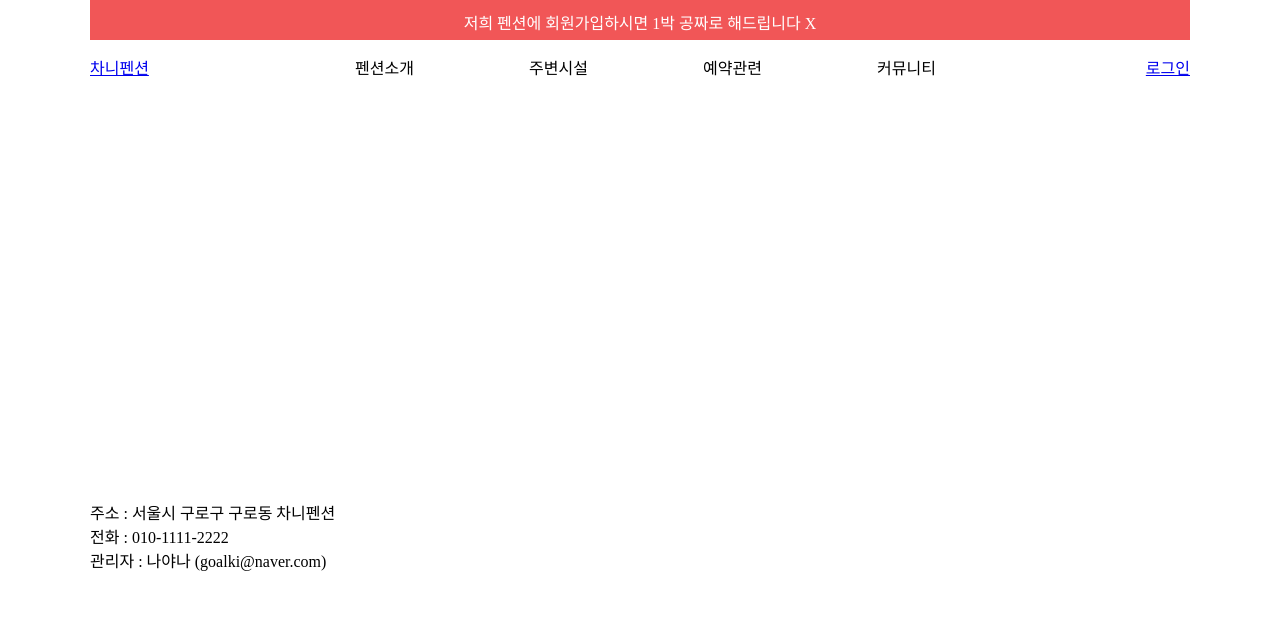
Repository: goalki/pension
Page: http://localhost/pension/login/userid_search_ok.jsp
These files come from the project's save history. The page is drawn as it stood at one moment and after the next save; the edit follows.
The browser window is 1280 px wide. The pictures show the whole page.
The page is served by Tomcat 9. Other server files are loaded and not shown. Queries for data that is not in the repository find no rows.

Above is the page before, as saved 2021-01-18 06:16:42.

### pension/WebContent/login/userid_search_ok.jsp
<%@ page language="java" contentType="text/html; charset=UTF-8"
    pageEncoding="UTF-8"%>
<%@ include file="../top.jsp" %>
<%@page import="pension.dao.Dao" %>
<%@ taglib prefix="c" uri="http://java.sun.com/jsp/jstl/core" %>
<%
    // 입력값을 가져오기
    request.setCharacterEncoding("utf-8");
    String name=request.getParameter("name");
    String phone=request.getParameter("phone");
    Dao dao=new Dao();
    String userid=dao.userid_search(name, phone);
    pageContext.setAttribute("userid", userid);
    pageContext.setAttribute("name",name);
%>
 <style>
  #section {
    width:1100px;
    height:400px;
    margin:auto;
    text-align:center;
  }
  #section #userid {
    width:600px;
    margin:auto;
    margin-top:30px;
  }
  #section input[type=button] {
    width:150px;
    height:34px;
    background:#f15657;
    color:white;
    font-weight:900;
    border:none;
    margin-top:30px;
  }
   </style>

 <div id="section">
  <c:if test="${userid != 0}">
   <div id="userid"> ${name}님의 아이디 : ${userid} 입니다.</div>
   <div id="button">
     <input type="button" onclick="location='login.jsp'" value="로그인">
     <input type="button" onclick="location='pwd_search.jsp'" value="비밀번호찾기">
   </div>
  </c:if>
  <c:if test="${userid == 0}">

  </c:if>
 </div>

<%@ include file="../bottom.jsp" %>

### pension/WebContent/top.jsp
<%@ page language="java" contentType="text/html; charset=UTF-8"
    pageEncoding="UTF-8"%>
<%@ taglib prefix="c" uri="http://java.sun.com/jsp/jstl/core" %>

<!DOCTYPE html>
<html>       <!-- index.jsp -->
<head>
<meta charset="UTF-8">
<title>Insert title here</title>
  <style>
    body {
      margin:0px;
    }
    #first {  /* 광고관련 1층 */
      width:1100px;
      height:30px;
      margin:auto;
      background:#f15657;
      text-align:center;
      padding-top:10px;
      color:white;
    }
    #second {  /* 로고, 메뉴 2층 */
      width:1100px;
      height:60px;
      margin:auto;
    }
    #second #left {
      padding-top:15px;
      width:100px;
      float:left;
    }
    #second #right {
      padding-top:15px;
      width:1000px;
      float:right;
      text-align:right;
    }
    #second #right #menu {
      display:inline-block;
      width:170px;
      height:30px; /* 주메뉴의 높이를 줘야 됩니다 */
      position:relative;
    }
    #second #right #menu:last-child {
      width:250px;
    }
    #second #right #menu .sub {
      position:absolute;
      width:120px;
      left:88px;
      top:10px;
      background:white;
      padding-left:0px;
      visibility:hidden;
      padding-top:10px;

    }
    #second #right #menu .sub li {
      list-style-type:none;
      text-align:center; /* 서브메뉴의 글자 중앙 */
    }


  </style>
    <script src="http://code.jquery.com/jquery-latest.js"></script>
  <script>
    function view_sub(n)
    {
    	document.getElementsByClassName("sub")[n].style.visibility="visible";
    }
    function hide_sub(n)
    {
    	document.getElementsByClassName("sub")[n].style.visibility="hidden";
    }

    $(function()
    {
    	$("#ff").click(function()
    	{
    		$("#first").slideUp();

    	});
    });
  </script>
</head>
<body>
  <div id="first">
     저희 펜션에 회원가입하시면  1박 공짜로 해드립니다
   <span id="ff"  style="cursor:pointer"> X </span>
  </div>
  <div id="second">
     <div id="left"> <a href="../main/index.jsp"> 차니펜션 </a></div>
     <div id="right">
        <span id="menu" onmouseenter="view_sub(0)" onmouseleave="hide_sub(0)"> 펜션소개
        <!-- 부메뉴 -->
           <ul class="sub">
            <li> <a href="../sogae/sogae.jsp"> 우리펜션 </a> </li>
            <li> 오시는길 </li>
           </ul>
        </span>
        <span id="menu" onmouseenter="view_sub(1)" onmouseleave="hide_sub(1)"> 주변시설
        <!-- 부메뉴 -->
           <ul class="sub">
            <li> 만리포 </li>
            <li> 연포</li>
            <li> 채석정 </li>
           </ul>
        </span>
        <span id="menu" onmouseenter="view_sub(2)" onmouseleave="hide_sub(2)"> 예약관련
         <!-- 부메뉴 -->
           <ul class="sub">
            <li>  예약 규정 </a> </li>
            <li> <a href="../reserve/reserve.jsp"> 실시간 예약 </a> </li>
           </ul>
        </span>
        <span id="menu" onmouseenter="view_sub(3)" onmouseleave="hide_sub(3)"> 커뮤니티
        <!-- 부메뉴 -->
           <ul class="sub">
            <li> 여행 후기 </li>
            <li> 자유게시판 </li>
           </ul>
        </span>
        <span id="menu">
          <c:if test="${userid == null}">
           <a href="../login/login.jsp"> 로그인 </a>
          </c:if>
          <c:if test="${userid != null}">
            ${name}님!! <a href="../mypage/mypage.jsp"> 내정보 </a>  <a href="../login/logout.jsp"> 로그아웃 </a>
          </c:if>
        </span>
    </div>
  </div>
  <!-- 여기까지 1층과 2층  top.jsp -->

### pension/WebContent/bottom.jsp
<%@ page language="java" contentType="text/html; charset=UTF-8"
    pageEncoding="UTF-8"%>
 <style>
 #fifth {     /* 펜션소개 5층 */
      width:1100px;
      height:100px;
      margin:auto;
    }
 </style>
<!-- 여기부터 5층 => bottom.jsp -->
  <div id="fifth">
    주소 : 서울시 구로구 구로동 차니펜션 <br>
    전화 : 010-1111-2222 <br>
    관리자 : 나야나  (goalki@naver.com) <br>
  </div>

</body>
</html>

### pension/src/pension/dao/Dao.java
package pension.dao;

import java.sql.*;
import java.time.LocalDate;
import java.util.ArrayList;

import pension.dto.MemberDto;
import pension.dto.ReserveDto;
import pension.dto.RoomDto;

public class Dao {

	String db="jdbc:mysql://localhost:3306/pension";
	String userid="root";
    String pw="1234";
    Connection conn;
	public Dao() throws ClassNotFoundException, SQLException
	{
		Class.forName("com.mysql.jdbc.Driver"); // 기능은 무조건 메소드내에서 실행
		conn=DriverManager.getConnection(db,userid,pw);
	}
	// room 테이블의 전체내용을 가져오기
    public ArrayList<RoomDto> get_room() throws SQLException
    {
    	String sql="select name,id from room order by price asc";
    	Statement stmt=conn.createStatement();
    	ResultSet rs=stmt.executeQuery(sql);
    	ArrayList<RoomDto> list=new ArrayList<RoomDto>();
    	while(rs.next())
    	{
    		RoomDto rdto=new RoomDto();
    		rdto.setId(rs.getInt("id"));
    		rdto.setName(rs.getString("name"));
    		list.add(rdto);
    	}
    	/*
    	String sql="select name from room order by price asc";
    	Statement stmt=conn.createStatement();
    	ResultSet rs=stmt.executeQuery(sql);
    	ArrayList<String> list=new ArrayList<String>();
    	while(rs.next())
    	{
    		list.add(rs.getString("name"));
    	}
    	*/
    	return list;
    }

    // 사용자가 선택한 방의 정보를 가져오기
    public RoomDto select_room(String id) throws SQLException
    {
    	String sql="select * from room where id="+id;
    	Statement stmt=conn.createStatement();
    	ResultSet rs=stmt.executeQuery(sql);
    	rs.next();
    	RoomDto rdto=new RoomDto();
    	rdto.setId(rs.getInt("id"));
    	rdto.setName(rs.getString("name"));
    	rdto.setMax(rs.getInt("max"));
    	rdto.setMin(rs.getInt("min"));
    	rdto.setPrice(rs.getInt("price"));

    	return rdto;
    }

    public void insert(ReserveDto rdto,String userid) throws SQLException // reserve테이블에 입력값을 넣기
    {
    	// 쿼리 생성
    	String outday="date_add('"+rdto.getInday()+"', interval "+rdto.getSuk()+" day)";
    	String sql="insert into reserve(rid,name,phone,inday,outday";
    	sql=sql+",inwon1,inwon2,inwon3,bbq,pork,suk_price,etc_price,tot_price,writeday,userid) ";
    	sql=sql+" values(?,?,?,?,"+outday+",?,?,?,?,?,?,?,?,now(),?)";

    	// date_add('2021-01-05',interval 숙박일 day);
    	PreparedStatement pstmt=conn.prepareStatement(sql);
    	pstmt.setInt(1, rdto.getRid());
    	pstmt.setString(2, rdto.getName());
    	pstmt.setString(3, rdto.getPhone());
    	pstmt.setString(4, rdto.getInday());
    	//pstmt.setString(5, outday);
    	pstmt.setInt(5, rdto.getInwon1());
    	pstmt.setInt(6, rdto.getInwon2());
    	pstmt.setInt(7, rdto.getInwon3());
    	pstmt.setInt(8, rdto.getBbq());
    	pstmt.setInt(9, rdto.getPork());
    	pstmt.setInt(10, rdto.getSuk_price());
    	pstmt.setInt(11, rdto.getEtc_price());
    	pstmt.setInt(12, rdto.getTot_price());
    	pstmt.setString(13, userid);
    	pstmt.executeUpdate();
    	//System.out.println(pstmt.toString());
    	conn.close();
    }

    public ReserveDto get_reserve(String userid) throws SQLException // 방금 예약한 정보를 가져오는 메소드(1개의 레코드)
    {
    	String sql="select * from reserve where userid='"+userid+"' order by id desc limit 1";
    	Statement stmt=conn.createStatement();
    	ResultSet rs=stmt.executeQuery(sql);
    	rs.next();
    	ReserveDto rdto=new ReserveDto();
    	rdto.setId(rs.getInt("id"));
    	rdto.setRid(rs.getInt("rid"));
    	rdto.setName(rs.getString("name"));
    	rdto.setPhone(rs.getString("phone"));
    	rdto.setInday(rs.getString("inday"));
    	rdto.setOutday(rs.getString("outday"));
    	rdto.setInwon1(rs.getInt("inwon1"));
    	rdto.setInwon2(rs.getInt("inwon2"));
    	rdto.setInwon3(rs.getInt("inwon3"));
    	rdto.setBbq(rs.getInt("bbq"));
    	rdto.setPork(rs.getInt("pork"));
    	rdto.setSuk_price(rs.getInt("suk_price"));
    	rdto.setEtc_price(rs.getInt("etc_price"));
    	rdto.setTot_price(rs.getInt("tot_price"));
    	rdto.setWriteday(rs.getString("writeday"));

    	// 방이름 가져오기
    	sql="select name from room where id="+rdto.getRid();
    	rs=stmt.executeQuery(sql);
    	rs.next();
    	rdto.setRoomname(rs.getString("name"));
    	return rdto;

    }

    public int room_state(String rid, String xday) throws SQLException// y-m-d형태의 값과 room의 id(rid)값을 받아서 예약이 되었는지를 int값으로 가져온다..
    {
    	String sql="select count(*) as cnt from reserve where inday <= ?  and outday > ? and rid=? ";
    	PreparedStatement pstmt=conn.prepareStatement(sql);
    	pstmt.setString(1, xday);
    	pstmt.setString(2, xday);
    	pstmt.setString(3, rid);
    	ResultSet rs=pstmt.executeQuery();
    	rs.next();

    	return rs.getInt("cnt");
    }

    public int suk_check(String y,String m, String d, String rid) throws SQLException
    {
        int yy=Integer.parseInt(y);
        int mm=Integer.parseInt(m);
        int dd=Integer.parseInt(d);
    	LocalDate inday=LocalDate.of(yy, mm, dd);
    	int chk=0;

    	for(int i=1;i<=8;i++)
    	{
    	  LocalDate xday=inday.plusDays(i);
    	  chk=i;
    	  String sql="select * from reserve where inday <= ? and outday > ? and rid=?";
    	  PreparedStatement pstmt=conn.prepareStatement(sql);
          pstmt.setString(1, xday.toString());
          pstmt.setString(2, xday.toString());
          pstmt.setString(3, rid);

    	  ResultSet rs=pstmt.executeQuery();
          if(rs.next())  // 레코드 있으면 true, 없으면 false
          {
        	break;// 멈춘다!!
          }

    	} // for문의 끝

    	return chk; // 몇박을 나타낼지!!
    }

    public void member_ok(MemberDto mdto) throws SQLException
    {
    	String sql="insert into member(name,userid,pwd,phone,writeday) ";
    	sql=sql+" values(?,?,?,?,now())";
    	PreparedStatement pstmt=conn.prepareStatement(sql);
        pstmt.setString(1, mdto.getName());
        pstmt.setString(2, mdto.getUserid());
        pstmt.setString(3, mdto.getPwd());
        pstmt.setString(4, mdto.getPhone());

        pstmt.executeUpdate();

        conn.close();

    }

    public boolean ismember(String userid, String pwd) throws SQLException // 회원인지 아닌지  true, false
    {
    	String sql="select * from member where userid=? and pwd=?";
    	PreparedStatement pstmt=conn.prepareStatement(sql);
    	pstmt.setString(1, userid);
    	pstmt.setString(2, pwd);

    	ResultSet rs=pstmt.executeQuery(); // 레코드가 있든지, 없든지

		/*
		 * if(rs.next()) return true; else return false;
		 */
    	return rs.next();
    }

    public int isuserid(String userid) throws SQLException
    {
    	String sql="select count(*) as num from member where userid='"+userid+"'";
    	Statement stmt=conn.createStatement();
    	ResultSet rs=stmt.executeQuery(sql);
    	rs.next();
    	// 아이디가 존재하면 1, 아니면 0
    	return rs.getInt("num");
    }

    public MemberDto mypage(String userid) throws SQLException
    {
    	String sql="select * from member where userid='"+userid+"'";
    	Statement stmt=conn.createStatement();
    	ResultSet rs=stmt.executeQuery(sql);
    	rs.next();
    	MemberDto mdto=new MemberDto();
    	mdto.setName(rs.getString("name"));
    	mdto.setPhone(rs.getString("phone"));

    	return mdto;
    }

    public ArrayList<ReserveDto> my_reserve(String userid) throws SQLException
    {
    	String sql="select r2.name,r1.inday,r1.outday,r1.bbq,r1.pork";
    	sql=sql+",r1.writeday from reserve as r1, room as r2 ";
    	sql=sql+" where r1.rid=r2.id and userid='"+userid+"'";
    	System.out.println(sql);
    	Statement stmt=conn.createStatement();
    	ResultSet rs=stmt.executeQuery(sql);
    	ArrayList<ReserveDto> list=new ArrayList<ReserveDto>();
    	while(rs.next())
    	{
    	  ReserveDto rdto=new ReserveDto();
    	  rdto.setRoomname(rs.getString("name"));
    	  rdto.setInday(rs.getString("inday"));
    	  rdto.setOutday(rs.getString("outday"));
       	  rdto.setBbq(rs.getInt("bbq"));
    	  rdto.setPork(rs.getInt("pork"));
    	  rdto.setWriteday(rs.getString("writeday"));

    	  list.add(rdto);
    	}

    	return list;
    }

    public String get_name(String userid) throws SQLException
    {
    	String sql="select name from member where userid='"+userid+"'";
    	Statement stmt=conn.createStatement();
    	ResultSet rs=stmt.executeQuery(sql);
    	rs.next();
    	return rs.getString("name");
    }

    // 아이디찾기
    public String userid_search(String name, String phone) throws SQLException
    {
    	String sql="select userid from member where name=? and phone=?";
    	PreparedStatement pstmt=conn.prepareStatement(sql);
    	pstmt.setString(1, name);
    	pstmt.setString(2, phone);
    	ResultSet rs=pstmt.executeQuery();
    	if(rs.next())
    	{
    		return rs.getString("userid");
    	}
    	else
    	{
    		return "0";
    	}

    }

    // 비밀번호 찾기
    public String pwd_search(String userid, String name, String phone) throws SQLException
    {
    	String sql="select pwd from member where name=? and phone=? and userid=?";
    	PreparedStatement pstmt=conn.prepareStatement(sql);
    	pstmt.setString(1, name);
    	pstmt.setString(2, phone);
    	pstmt.setString(3, userid);
    	ResultSet rs=pstmt.executeQuery();
    	if(rs.next())
    	{
    		return rs.getString("pwd");
    	}
    	else
    	{
    		return "0";
    	}
    }
}

After the next save:
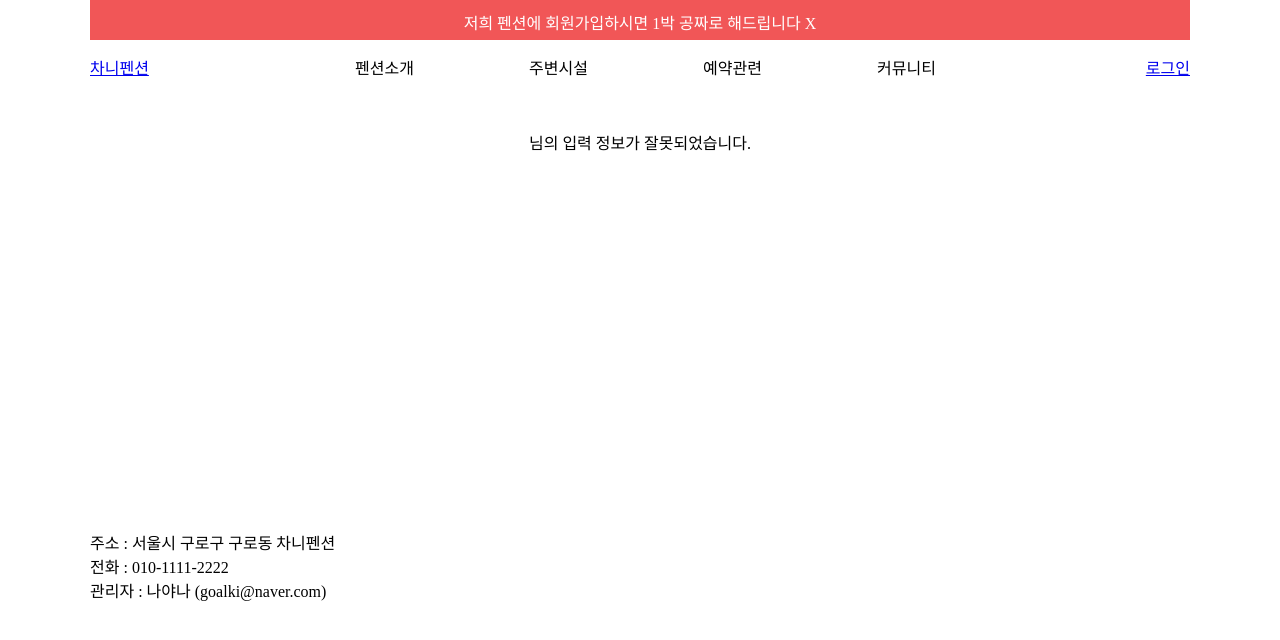
Saved 24 s later.
--- a/pension/WebContent/login/userid_search_ok.jsp
+++ b/pension/WebContent/login/userid_search_ok.jsp
@@ -45,7 +45,7 @@
    </div>
   </c:if>
   <c:if test="${userid == 0}">
-
+   <div id="userid"> ${name}님의 입력 정보가 잘못되었습니다.  </div>
   </c:if>
  </div>
 
